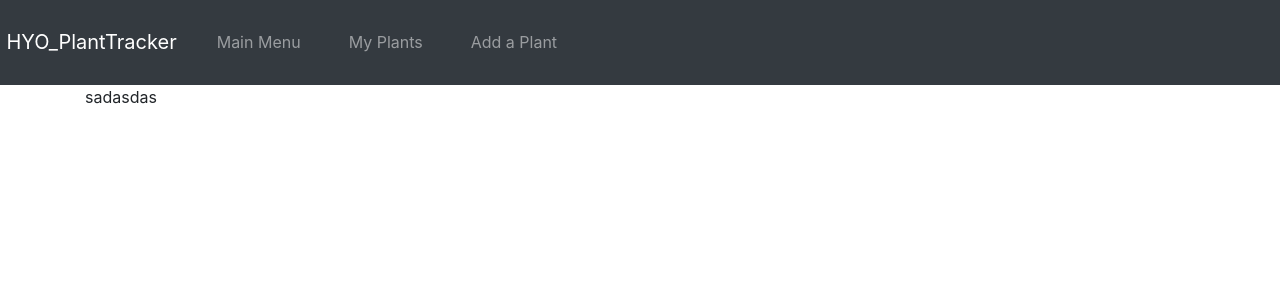
Repository: emersonwilliams/HYO_PlantTracker
Page: capstone_app/plant_tracker/templates/myplants.html
These files come from the project's save history. The page is drawn as it stood at one moment and after a run of saves; the edit follows.
The browser window is 1280 px wide. The pictures show the whole page.

Above is the page before, as saved 2020-08-02 00:01:28.

After the next 2 saves:
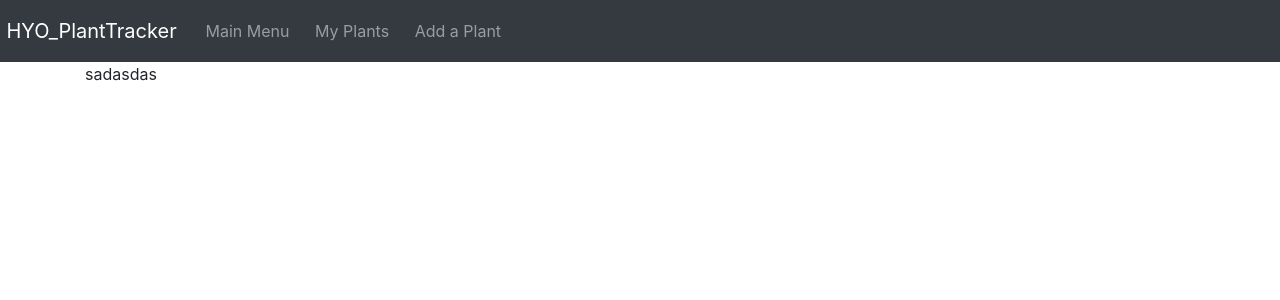
The 2 saves are shown as one change because they came seconds apart.
The last was saved 11 s later.
--- a/capstone_app/plant_tracker/static/css/myplants.css
+++ b/capstone_app/plant_tracker/static/css/myplants.css
@@ -3,5 +3,5 @@
 }
 .op1{
     /* padding: 2em 2em 2em 2em; */
-    margin: 1em ;
+    margin: 0.3em ;
 }
